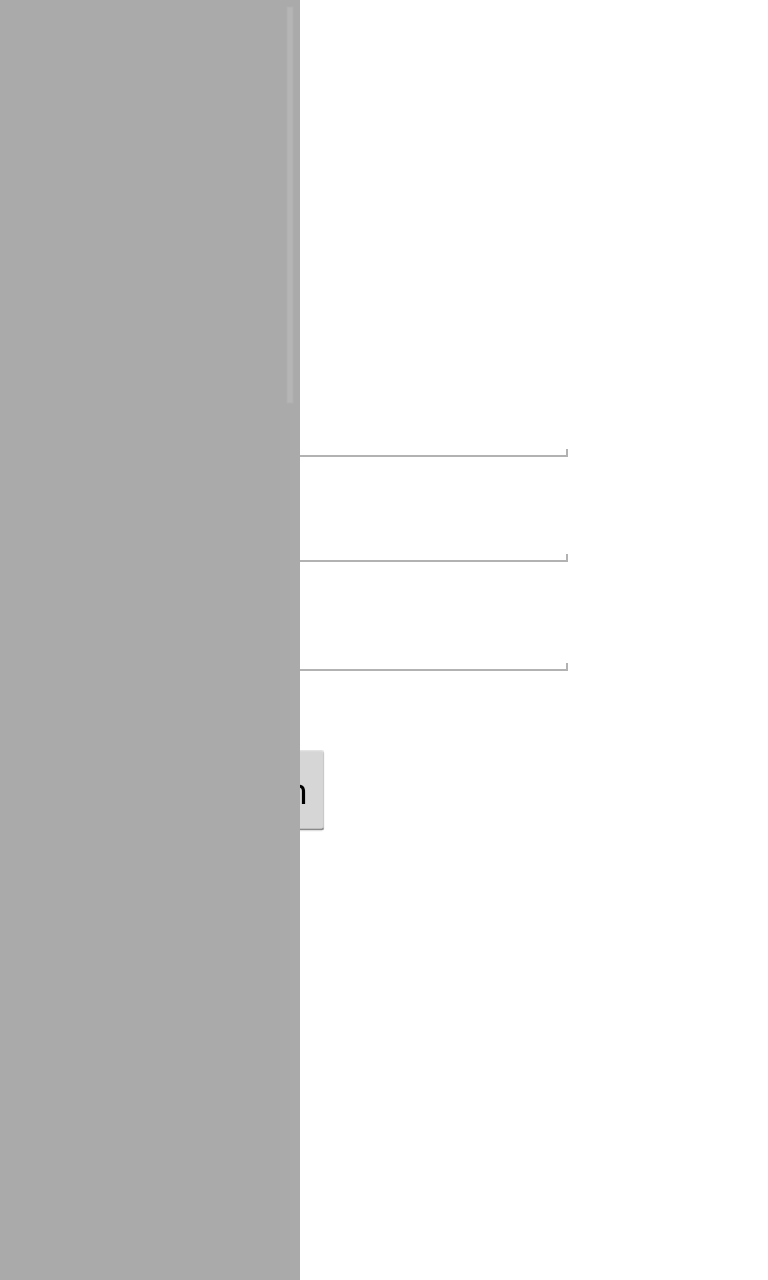
Repository: qfornaguera/AppQuelogy
Layout: AppQueology/res/layout/activity_threshold.xml
The author's editor kept a copy of each file at every save. The layout is drawn from the files as they stood at one save, then again after the next save.
It is drawn on a 768 x 1280 px phone screen (xhdpi) without system bars, with theme AppTheme; the app's code is not run.

Above is the layout before, as saved 2014-05-27 20:57:04.

After the next save:
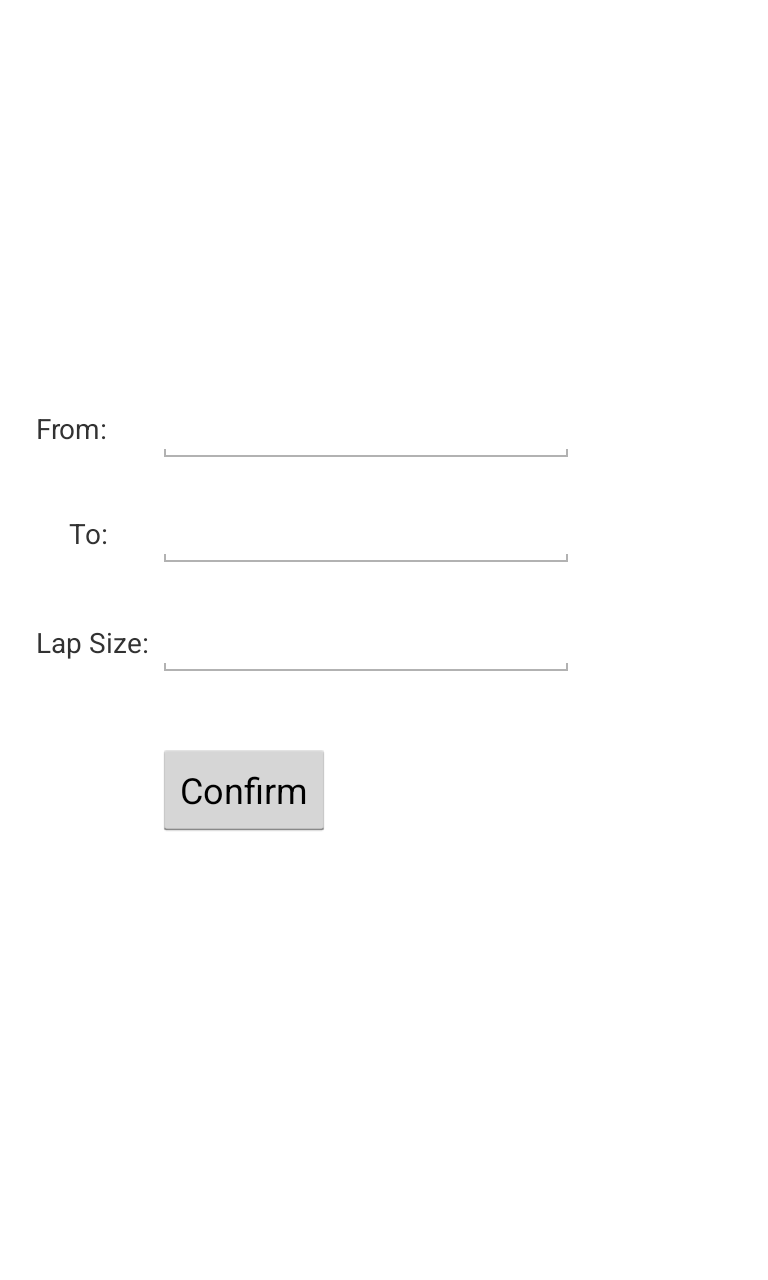
Saved 16 s later.
--- a/AppQueology/res/layout/activity_threshold.xml
+++ b/AppQueology/res/layout/activity_threshold.xml
@@ -72,31 +72,4 @@
         android:layout_marginBottom="22dp"
         android:text="From: " />
 
-    <RelativeLayout
-	    android:layout_width="150dp"
-	    android:layout_height="wrap_content"
-	    android:layout_alignParentLeft="true"
-	    android:layout_alignParentTop="true" >
-	    <ScrollView
-	        android:layout_width="150dp"
-		    android:layout_height="wrap_content"
-		    android:layout_alignParentLeft="true"
-		    android:layout_alignParentTop="true"
-		    android:fillViewport="true" >
-
-		    <RelativeLayout
-		        android:id="@+id/content"
-		        android:layout_width="150dp"
-		        android:layout_height="2000dp"
-		        android:background="#AAAAAA"
-		        android:orientation="vertical" >
-
-
-		    </RelativeLayout>
-
-		</ScrollView>
-
-
-	</RelativeLayout>
-
 </RelativeLayout>

After the save that followed:
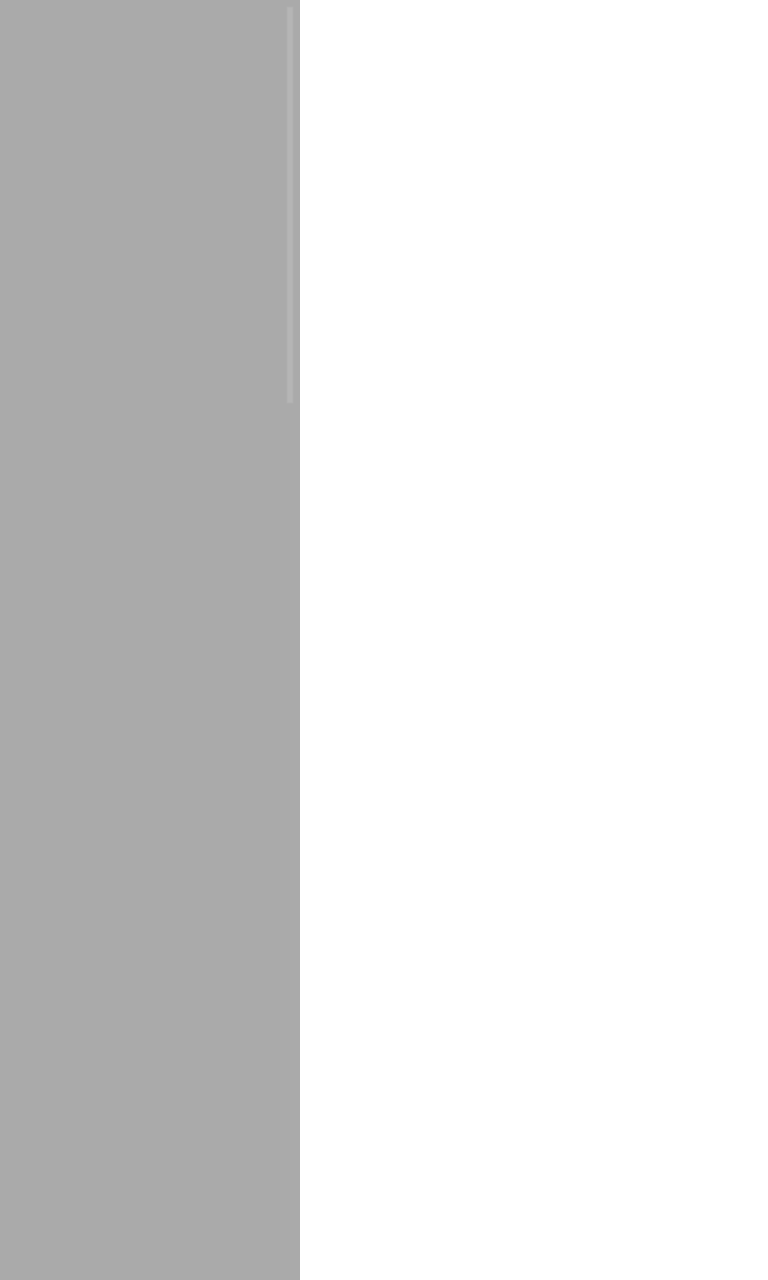
Saved 5 min 14 s later.
--- a/AppQueology/res/layout/activity_threshold.xml
+++ b/AppQueology/res/layout/activity_threshold.xml
@@ -72,4 +72,41 @@
         android:layout_marginBottom="22dp"
         android:text="From: " />
 
+    <RelativeLayout
+	    android:id="@+id/graph"
+	    android:layout_width="match_parent"
+	    android:layout_height="match_parent"
+	    android:background="#ffffff" >
+
+
+
+	</RelativeLayout>
+
+    <RelativeLayout
+	    android:layout_width="150dp"
+	    android:layout_height="wrap_content"
+	    android:layout_alignParentLeft="true"
+	    android:layout_alignParentTop="true" >
+	    <ScrollView
+	        android:layout_width="150dp"
+		    android:layout_height="wrap_content"
+		    android:layout_alignParentLeft="true"
+		    android:layout_alignParentTop="true"
+		    android:fillViewport="true" >
+
+		    <RelativeLayout
+		        android:id="@+id/content"
+		        android:layout_width="150dp"
+		        android:layout_height="2000dp"
+		        android:background="#AAAAAA"
+		        android:orientation="vertical" >
+
+
+		    </RelativeLayout>
+
+		</ScrollView>
+
+
+	</RelativeLayout>
+
 </RelativeLayout>
